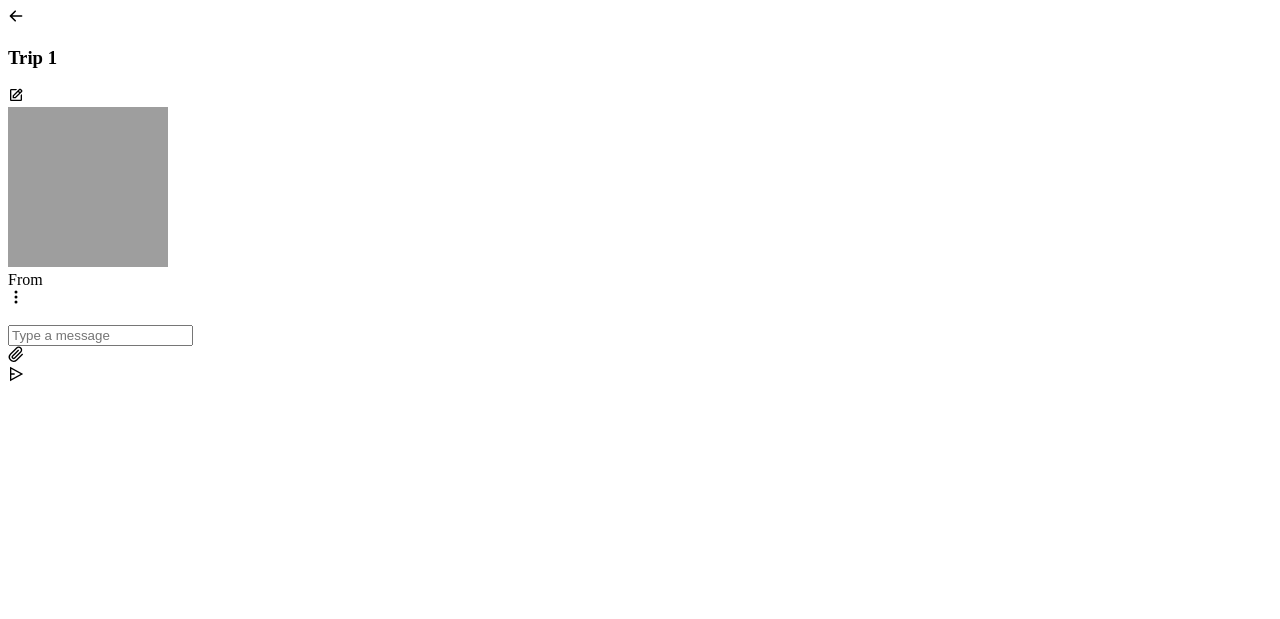
Repository: Abhi2359/PWA_Corider
Page: /
These files come from the project's save history. The page is drawn as it stood at one moment and after a run of saves; the edit follows.
The browser window is 1280 px wide. The pictures show the whole page.
Pictures or frames that could not be fetched are drawn as grey boxes. The page's requests for data from a server got no answer. The project was rebuilt for these pictures with package versions that can differ from the ones it lists, and the page was loaded fresh each time. No one was signed in, and anything a server would have sent is missing. Also part of the build but not shown: vite.config.js, src/chatInput/Chat.css, src/chatInput/Chat.jsx, src/chatInput/ChatInput.css.

Above is the page before, as saved 2023-05-14 10:17:47.

### src/App.jsx
import { useEffect, useState } from "react";
import "./App.css?inline";
import { fetchData } from "./api/fetchData";
import Header from "./Header/Header";
import Chat from "./chatInput/Chat";
import ChatInput from "./chatInput/ChatInput";

function App() {
  const [data, setData] = useState([]);
  const [isLoading, setIsLoading] = useState(false);
  const [error, setError] = useState(null);
  const [page, setPage] = useState(1);
  const [from, setFrom] = useState("");
  const [to, setTo] = useState("");

  useEffect(() => {
    const fetchDataFromApi = async () => {
      setIsLoading(true);

      try {
        const apiData = await fetchData(page);
        // setFrom(apiData.from);
        // setTo(apiData.to);
        const apiResponse = apiData.chats;
        if (page === 1) {
          setFrom(apiData.from);
          setTo(apiData.to);
        }
        setData(apiResponse);
        s;
      } catch (error) {
        setError(error.message);
      }

      setIsLoading(false);
    };

    fetchDataFromApi();
  }, [page]);

  return (
    <>
      <div className="layout">
        <div className="header_section">
          <Header />
          <div className="chat_container">
            <ul className="chat_list">
              {data &&
                data.map((chat) => (
                  <li key={chat.id}>
                    <Chat message={chat.message} image={chat.sender.image} />
                  </li>
                ))}
            </ul>
            {isLoading && <p>Loading...</p>}
          </div>
        </div>
        <div >
          <footer className="footer">
            <ChatInput />

          </footer>
        </div>
      </div>
    </>
  );
}

export default App;

### src/App.css
.layout{
    position: relative;
width: 100%;

background: #FAF9F4;
border-radius: 32px;
}

### src/api/fetchData.jsx
import axios from "axios";

const API_URL = "http://3.111.128.67/assignment/chat";

export const fetchData = async (page) => {
    try {
      const response = await axios.get(`http://3.111.128.67/assignment/chat?page=${page}`, {
        params: { page },
      });
      return response.data;
    } catch (error) {
      throw new Error('Error while fetching data');
    }
  };

### src/Header/Header.jsx
import React from "react";
import { HiArrowLeft } from "react-icons/hi";
import { BiEdit } from "react-icons/bi";
import { BsThreeDotsVertical } from "react-icons/bs";
import styles from "Header.css"
const Header = ({ from, to }) => {
  return (
    <>
      <div className="header">
        <div className="trip">
          <div className="icon">
            <HiArrowLeft />
          </div>
          <div className="trip_no">
            <h3>Trip 1</h3>
          </div>
          <div className="edit_icon">
            <BiEdit />
          </div>
        </div>
        <div className="trip_details">
          <div className="user_icon">
            <img
              src="https://fastly.picsum.photos/id/1072/160/160.jpg?hmac=IDpbpA5neYzFjtkdFmBDKXwgr-907ewXLa9lLk9JuA8"
              alt=""
            />
          </div>
          <div className="travel_data">From {from}</div>
          <div className="dot_icon">
            <BsThreeDotsVertical />
          </div>
        </div>
        <div className="line"></div>
      </div>
    </>
  );
};

export default Header;

### src/chatInput/ChatInput.jsx
import React from 'react'
import {GrAttachment}  from "react-icons/gr"
import {RiSendPlane2Line}  from "react-icons/ri"
import styles from "./ChatInput.css"
const ChatInput = () => {
  return (
  <>
  <footer>

  <div class="chat-input-container">
  <input type="text" class="chat-input" placeholder="Type a message"/>
  <div class="icon-container">
   <div className="attachment"><GrAttachment/></div>
   <div className="send"><RiSendPlane2Line/></div>
  </div>
</div>
  </footer>

  </>
  )
}

export default ChatInput

### src/Header/Header.css
position: absolute;
width: 116px;
height: 0px;
left: 16px;
top: 283px;

border: 1px solid #B7B7B7;

Loaded but not shown: index.html (common file); src/main.jsx (common file)

After the next 3 saves:
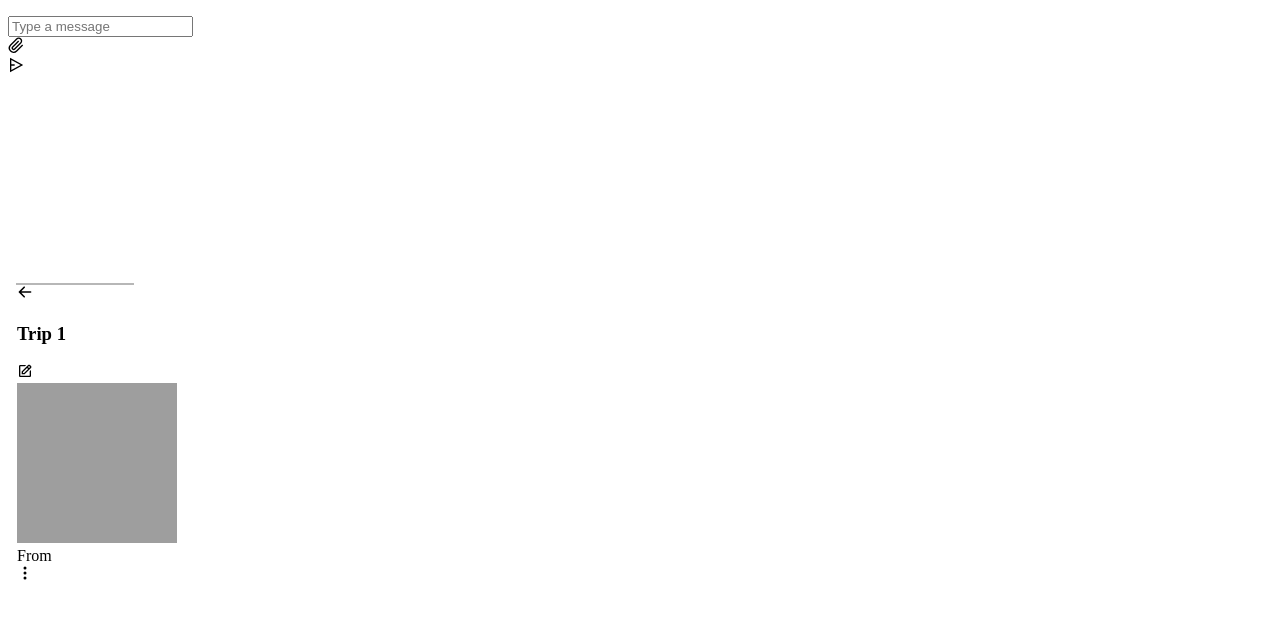
The 3 saves are shown as one change because they came seconds apart.
The last was saved 10 s later.
--- a/src/Header/Header.css
+++ b/src/Header/Header.css
@@ -1,4 +1,5 @@
-position: absolute;
+.header{
+    position: absolute;
 width: 116px;
 height: 0px;
 left: 16px;

After the 3 saves that followed:
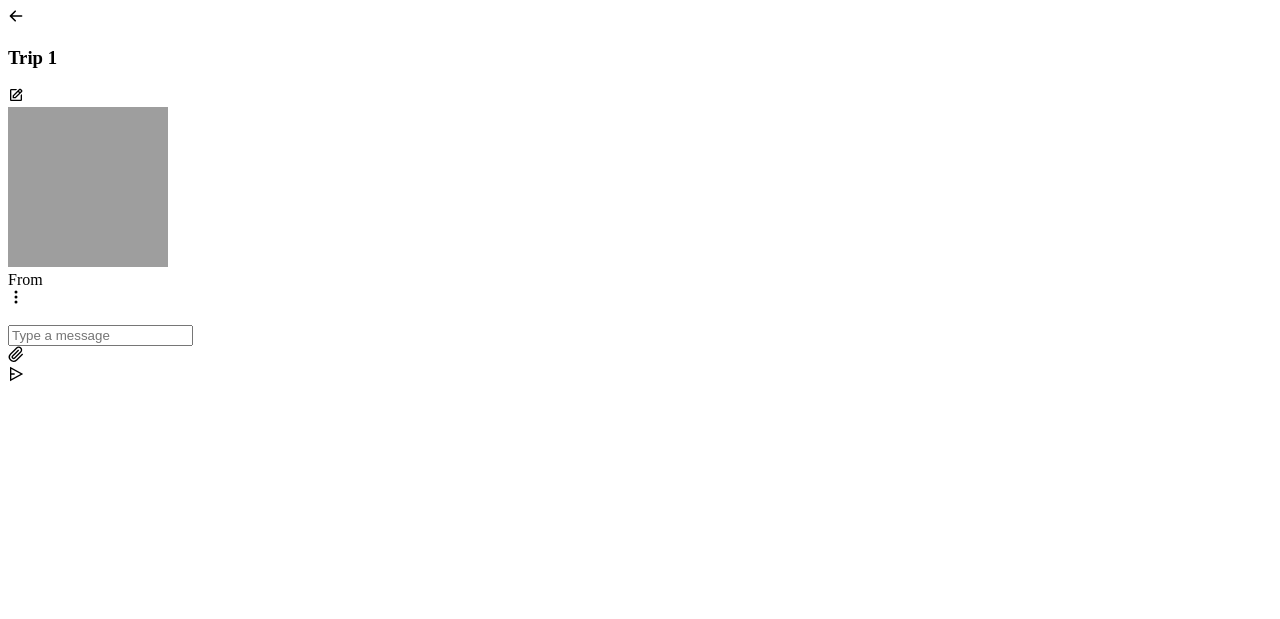
The 3 saves are shown as one change because 2 left the picture as it was.
The last was saved 46 s later.
--- a/src/Header/Header.css
+++ b/src/Header/Header.css
@@ -1,8 +1,3 @@
 .header{
-    position: absolute;
-width: 116px;
-height: 0px;
-left: 16px;
-top: 283px;
 
-border: 1px solid #B7B7B7;
+}
